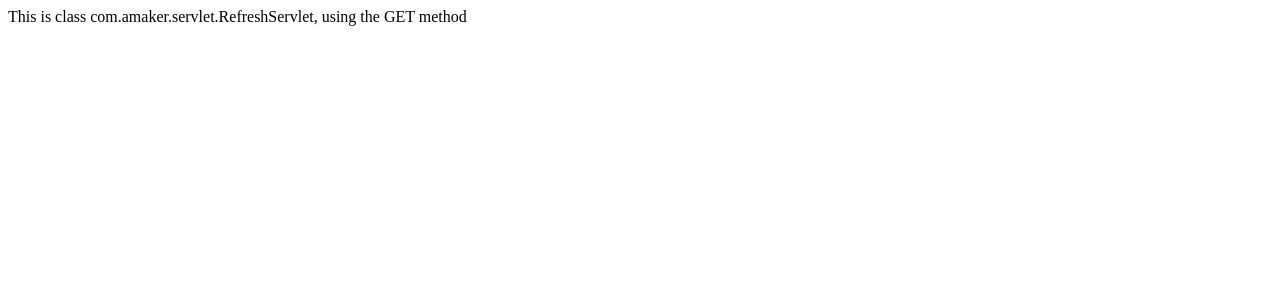
Repository: student084/java-ee-Web
Page: http://localhost/ServletResponseHeader/servlet/RefreshServlet
The author's editor kept a copy of each file at every save. The page is drawn from the files as they stood at one save, then again after the next save.
The browser window is 1280 px wide. The pictures show the whole page.
The page is served by Tomcat 9.

Above is the page before, as saved 2017-02-10 10:53:48.

After the next save:
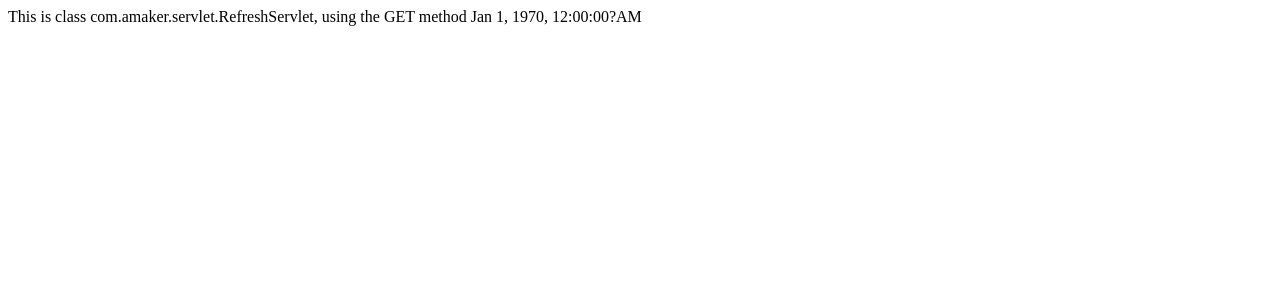
Saved 3 min 7 s later.
--- a/ServletResponseHeader/src/com/amaker/servlet/RefreshServlet.java
+++ b/ServletResponseHeader/src/com/amaker/servlet/RefreshServlet.java
@@ -2,6 +2,7 @@
 
 import java.io.IOException;
 import java.io.PrintWriter;
+import java.sql.Date;
 
 import javax.servlet.ServletException;
 import javax.servlet.http.HttpServlet;
@@ -39,6 +40,7 @@
 			throws ServletException, IOException {
 
 		response.setContentType("text/html");
+		response.setHeader("refresh", "1");
 		PrintWriter out = response.getWriter();
 		out.println("<!DOCTYPE HTML PUBLIC \"-//W3C//DTD HTML 4.01 Transitional//EN\">");
 		out.println("<HTML>");
@@ -47,6 +49,7 @@
 		out.print("    This is ");
 		out.print(this.getClass());
 		out.println(", using the GET method");
+		out.println(new Date(0).toLocaleString());
 		out.println("  </BODY>");
 		out.println("</HTML>");
 		out.flush();
@@ -66,19 +69,7 @@
 	public void doPost(HttpServletRequest request, HttpServletResponse response)
 			throws ServletException, IOException {
 
-		response.setContentType("text/html");
-		PrintWriter out = response.getWriter();
-		out.println("<!DOCTYPE HTML PUBLIC \"-//W3C//DTD HTML 4.01 Transitional//EN\">");
-		out.println("<HTML>");
-		out.println("  <HEAD><TITLE>A Servlet</TITLE></HEAD>");
-		out.println("  <BODY>");
-		out.print("    This is ");
-		out.print(this.getClass());
-		out.println(", using the POST method");
-		out.println("  </BODY>");
-		out.println("</HTML>");
-		out.flush();
-		out.close();
+		doGet(request, response);
 	}
 
 	/**
